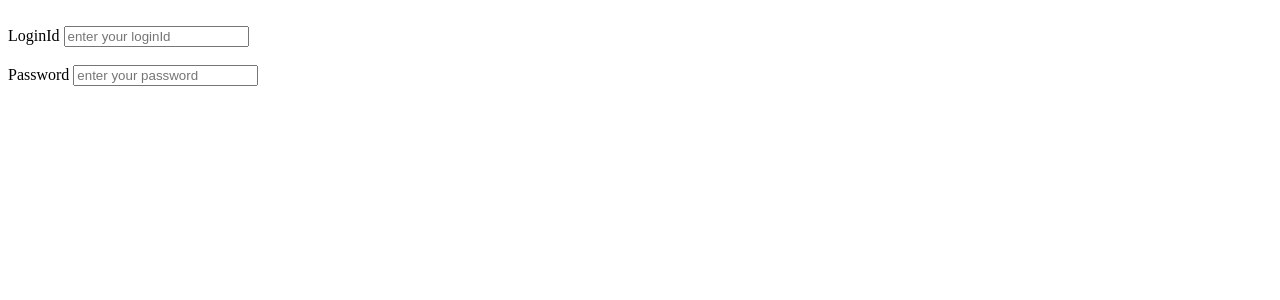
Repository: jatinragh42/Project_3_module
Page: http://localhost/p3/LoginView.jsp
The author's editor kept a copy of each file at every save. The page is drawn from the files as they stood at one save, then again after the next save.
The browser window is 1280 px wide. The pictures show the whole page.
The page is served by Tomcat 9.

Above is the page before, as saved 2023-11-28 12:05:33.

After the next save:
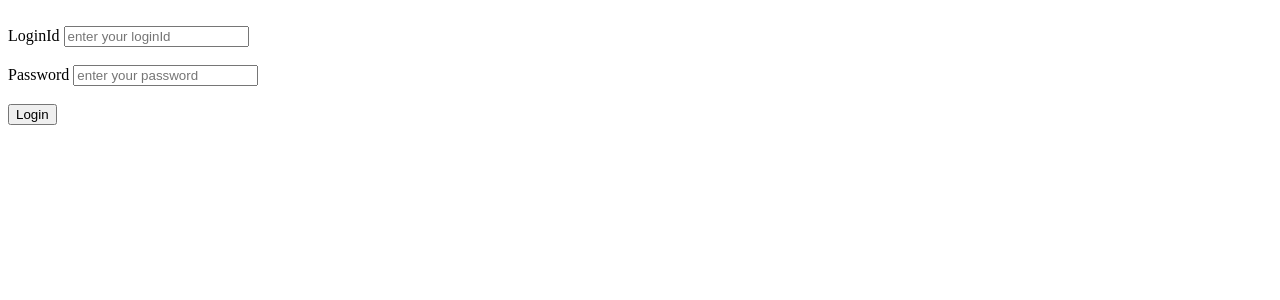
Saved 109 s later.
--- a/Project_3_module_practice/p3/src/main/webapp/LoginView.jsp
+++ b/Project_3_module_practice/p3/src/main/webapp/LoginView.jsp
@@ -23,7 +23,9 @@
 				placeholder="enter your password">
 		</div>
 	</tr>
-
-
+	<tr>
+		<br>
+		<input type=submit name="operation" value=Login>
+	</tr>
 </body>
 </html>
